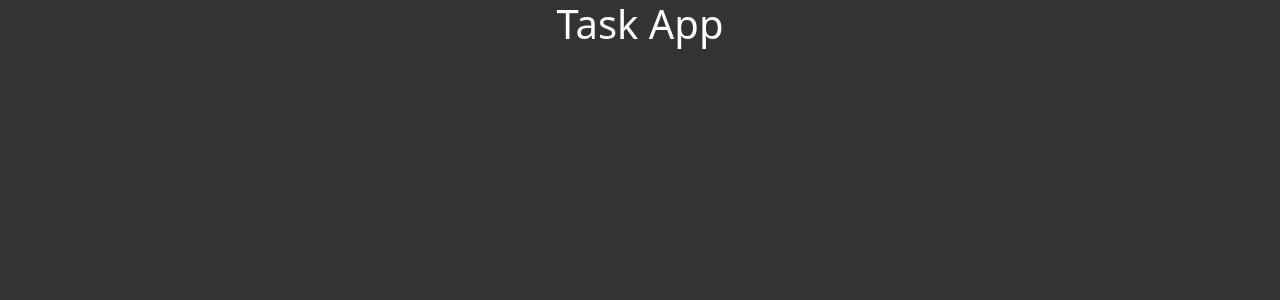
Repository: lomelo-x/Task-App
Page: /
The author's editor kept a copy of each file at every save. The page is drawn from the files as they stood at one save, then again after a run of saves.
The browser window is 1280 px wide. The pictures show the whole page.
The project was rebuilt for these pictures with package versions that can differ from the ones it lists, and the page was loaded fresh each time.

Above is the page before, as saved 2022-06-25 00:01:08.

### src/App.js
import React, { useState } from 'react';
import 'bootstrap/dist/css/bootstrap.min.css';
import { FontAwesomeIcon } from '@fortawesome/react-fontawesome';
import { faCircle, faPen, faTrashCan } from '@fortawesome/free-solid-svg-icons';

import './App.css';

function App() {
	return (
    <div className="App">
      <h1>Task App</h1>
    </div>
    );
}

export default App;

### src/App.css
body {
	background-color: #333;
	color: #fff;
}

.App {
	text-align: center;
}

Loaded but not shown: public/index.html (common file); src/index.js (common file); src/index.css (common file); src/reportWebVitals.js (common file)

After the next 14 saves:
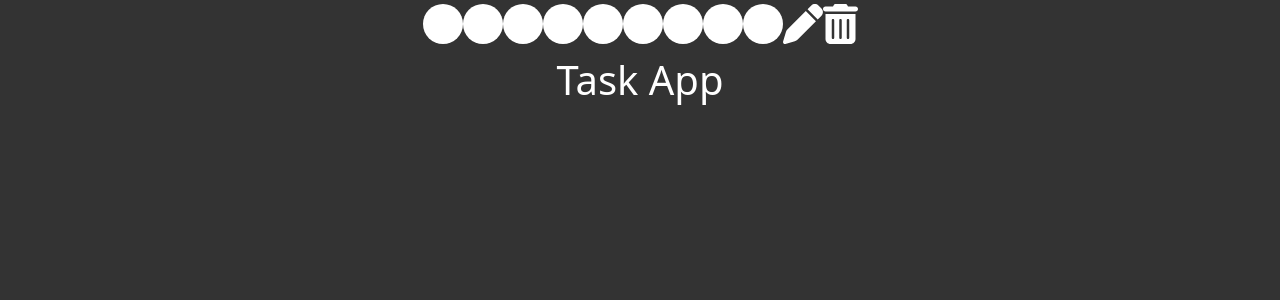
The 14 saves are shown as one change because 2 did not build or start and some came seconds apart.
The last was saved 44 s later.
--- a/src/App.js
+++ b/src/App.js
@@ -8,6 +8,25 @@
 function App() {
 	return (
     <div className="App">
+      <header className="App-header">
+        <h1>
+          <FontAwesomeIcon icon={faCircle} />
+          <FontAwesomeIcon icon={faCircle} />
+          <FontAwesomeIcon icon={faCircle} />
+          <FontAwesomeIcon icon={faCircle} />
+          <FontAwesomeIcon icon={faCircle} />
+          <FontAwesomeIcon icon={faCircle} />
+          <FontAwesomeIcon icon={faCircle} />
+          <FontAwesomeIcon icon={faCircle} />
+          <FontAwesomeIcon icon={faCircle} />
+
+
+          <FontAwesomeIcon icon={faPen} />
+
+          <FontAwesomeIcon icon={faTrashCan} />
+
+        </h1>
+      </header>
       <h1>Task App</h1>
     </div>
     );

After the 6 saves that followed:
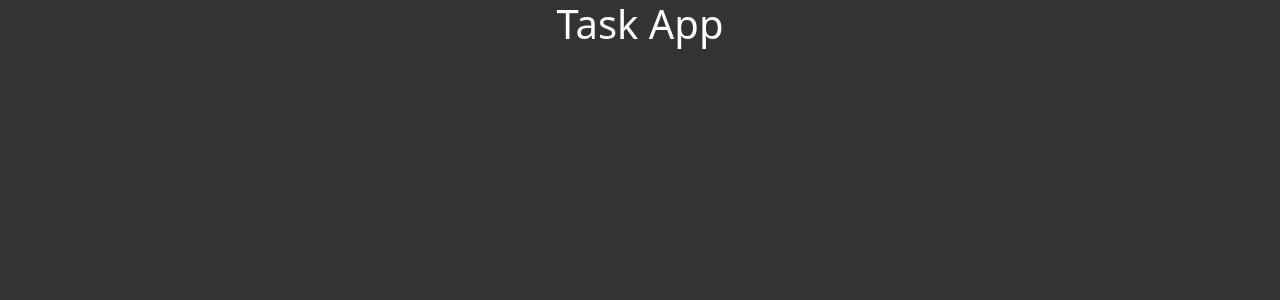
The 6 saves are shown as one change because 1 left the picture as it was and some came seconds apart.
The last was saved 35 s later.
--- a/src/App.js
+++ b/src/App.js
@@ -7,29 +7,12 @@
 
 function App() {
 	return (
-    <div className="App">
-      <header className="App-header">
-        <h1>
-          <FontAwesomeIcon icon={faCircle} />
-          <FontAwesomeIcon icon={faCircle} />
-          <FontAwesomeIcon icon={faCircle} />
-          <FontAwesomeIcon icon={faCircle} />
-          <FontAwesomeIcon icon={faCircle} />
-          <FontAwesomeIcon icon={faCircle} />
-          <FontAwesomeIcon icon={faCircle} />
-          <FontAwesomeIcon icon={faCircle} />
-          <FontAwesomeIcon icon={faCircle} />
-
-
-          <FontAwesomeIcon icon={faPen} />
-
-          <FontAwesomeIcon icon={faTrashCan} />
-
-        </h1>
-      </header>
-      <h1>Task App</h1>
-    </div>
-    );
+		<div className="App">
+			<header className="App-header">
+				<h1>Task App</h1>
+			</header>
+		</div>
+	);
 }
 
 export default App;
